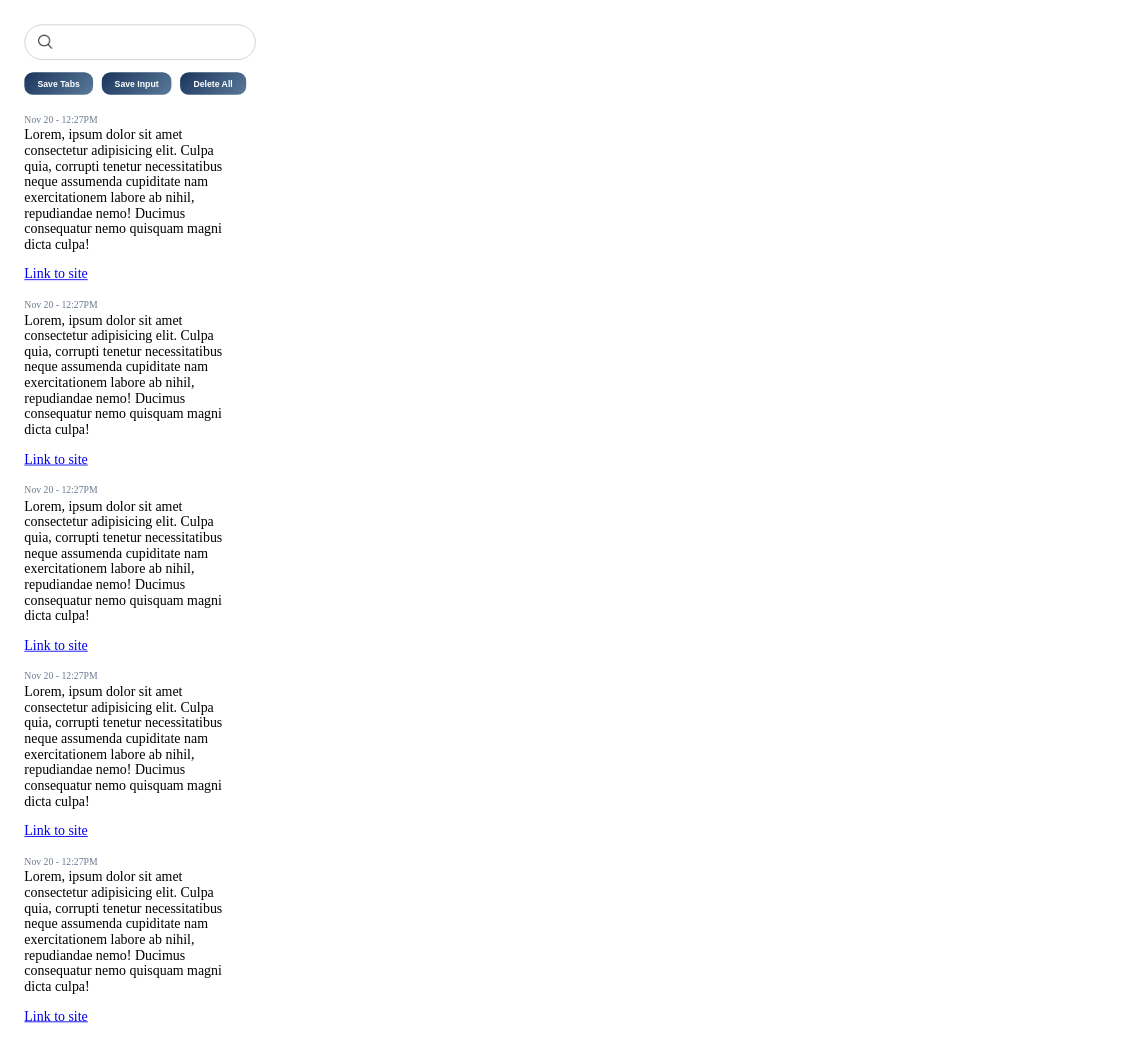
Repository: IdowuMicheal-1/Text-Tab-Organizer
Page: popup.html
The author's editor kept a copy of each file at every save. The page is drawn from the files as they stood at one save, then again after a run of saves.
The browser window is 1280 px wide. The page is 1312 px wide, then 1280 px, so the pictures cover 1312 px, including what lies to the right of the window. The pictures show the whole page, at 87% of full size.

Above is the page before, as saved 2025-05-14 13:54:00.

After the next 5 saves:
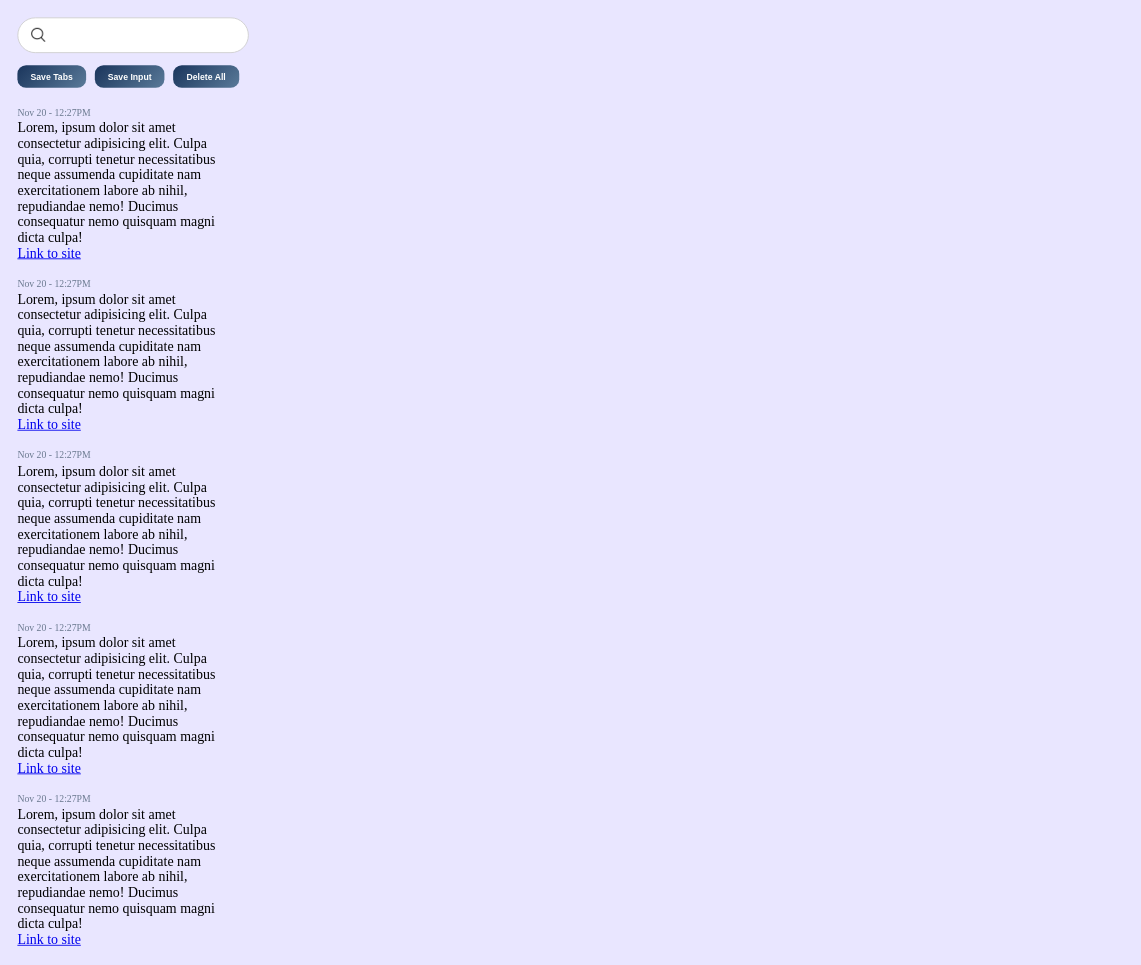
The 5 saves are shown as one change because they came seconds apart.
The last was saved 10 s later.
--- a/popup.css
+++ b/popup.css
@@ -1,4 +1,9 @@
-*,::before,::
+*,
+::before,
+::after {
+  margin: 0;
+  padding: 0;
+}
 
 body {
   width: 300px;
@@ -6,7 +11,6 @@ body {
   min-height: 100px;
   background-color: #e9e6ff;
 }
-
 
 body::-webkit-scrollbar {
   display: none;
